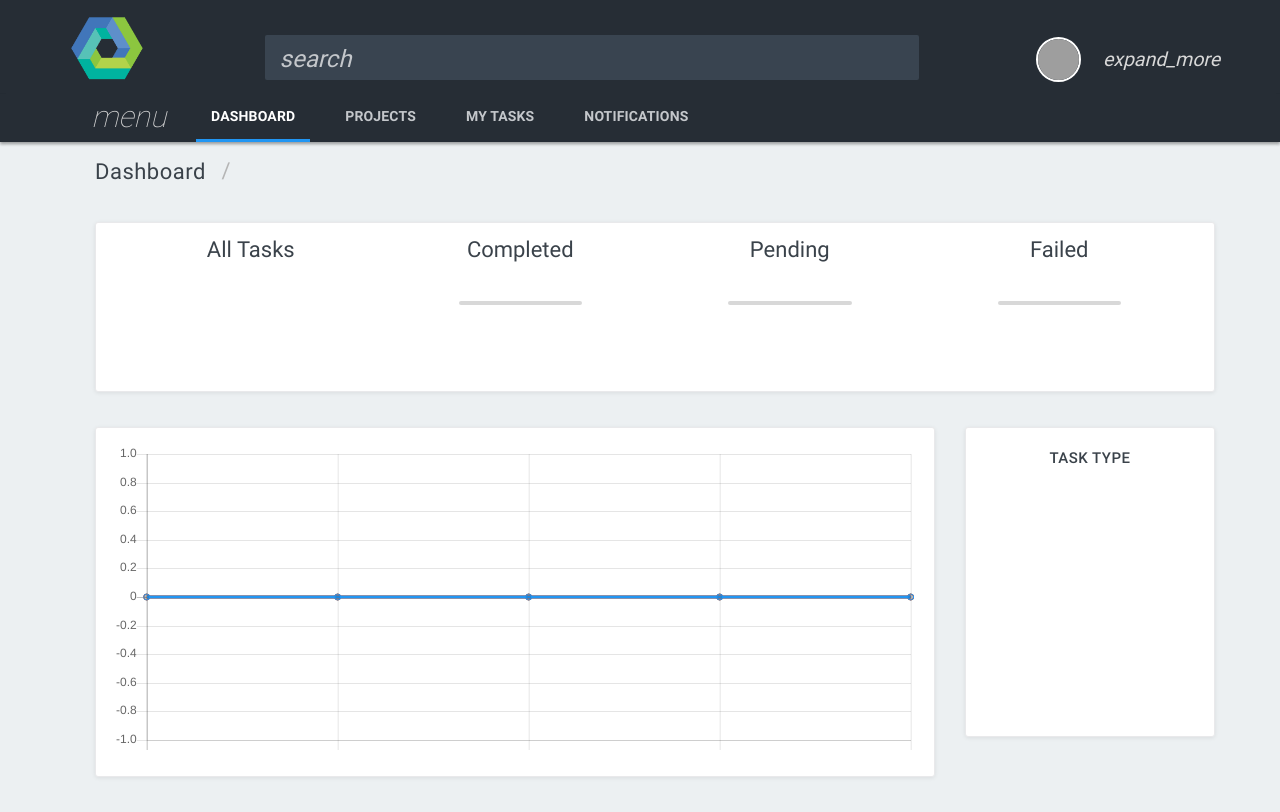
Repository: RenanChagas/ProjectManagement
Page: http://localhost/finalproject/WEB-INF/views/dashboard.jsp
These files come from the project's save history. The page is drawn as it stood at one moment and after the next save; the edit follows.
The browser window is 1280 px wide. The pictures show the whole page.
Pictures or frames that could not be fetched are drawn as grey boxes. The page is served by Tomcat 9. Nobody is signed in. Other server files are loaded and not shown. The template is opened directly, without the code that normally fills it, so the values that code supplies are empty.

Above is the page before, as saved 2017-12-01 14:18:31.

### finalproject/src/main/webapp/WEB-INF/views/dashboard.jsp
<%@ page language="java" contentType="text/html; charset=ISO-8859-1" pageEncoding="ISO-8859-1"%>
<%@ taglib prefix="c" uri="http://java.sun.com/jsp/jstl/core"%>
<%@ taglib prefix="form" uri="http://www.springframework.org/tags/form"%>
<%@ taglib prefix="t" uri="http://www.springframework.org/tags"%>

<!DOCTYPE html>
<html lang="en">
<head>
  <meta http-equiv="Content-Type" content="text/html; charset=UTF-8"/>
  <meta name="viewport" content="width=device-width, initial-scale=1, maximum-scale=1.0"/>
  <title>Course Management</title>

  <!-- CSS  -->
  <link href="https://fonts.googleapis.com/icon?family=Material+Icons" rel="stylesheet">
  <link type="text/css" rel="stylesheet" media="screen,projection" href="<c:url value='/static/css/materialize.css' />"/>
  <link type="text/css" rel="stylesheet" media="screen,projection" href="<c:url value='/static/css/custom-css.css' />"/>

  <!--  Scripts-->
  <script src="<c:url value="/static/js/jquery-2.1.1.min.js" />"></script>
  <script src="<c:url value="/static/js/materialize.js" />"></script>
  <script src="<c:url value="/static/js/Chart.js" />"></script>
  <script src="<c:url value="/static/js/menu.js" />"></script>

  <!-- Website Logo -->
  <link rel="icon" href="<c:url value="/static/images/default/logo.png"/>">

  <script type="text/javascript">
	  $(document).ready(function() {

		  var completedTaskPerc = ${percCompletedTasks} + '%';
		  var percPendingTasks = ${percPendingTasks} + '%';
		  var percFailedTasks = ${percFailedTasks} + '%';

		  $('#completedTasks').attr('style','width: ' + completedTaskPerc);
		  $('#pendingTasks').attr('style','width: ' + percPendingTasks);
		  $('#failedTasks').attr('style','width: ' + percFailedTasks);

			//Window refresh
			if ($(window).width() <= 600) {
		      $("#MDC-dashboard-taskType").removeClass('right');
		  }

			if ($(window).width() >= 600) {
				$("#MDC-dashboard-taskType").addClass('right');
			}

	  });

	  $(window).resize(function() {
		  if ($(window).width() <= 600) {
		      $("#MDC-dashboard-taskType").removeClass('right');
		  }
		  else if ($(window).width() >= 600) {
				$("#MDC-dashboard-taskType").addClass('right');
			}
	  });

	  $("#search").keypress(function(event) {
		    if (event.which == 13) {
		        event.preventDefault();

		    }
		});
  </script>

</head>
<body>
<c:set var="contextPath" value="${pageContext.request.contextPath}"/>

	<!-- NAV TOP  -->
	<nav id="logo_nav" class="MDC-navbar-style MDC-shadow-0 hide-on-small-and-down">
    	<div class="nav-wrapper MDC-nav-margin">
    		<!--  NAV CONTAINER -->
      		<div class="row MDC-nav-top-container ">

        	<!-- Logo -->
        	<div class="col s12 m3 l2">
          		<div class="MDC-nav-logo-position">
          			<img src="<c:url value="/static/images/default/logo.png"/>" class="MDC-nav-logo-size"/>
          		</div>
        	</div>

        	<!-- Search -->
        	<div class="col s12 m7 l7">
          		<div class="MDC-nav-search-position">
            	<form:form id="searchForm" action="/finalproject/search?string" method="POST" modelAttribute="search">
              		<div class="input-field">
                		<form:input id="input_text" type="search" class="MDC-nav-search-focus" path="string" />
                		<label class="label-icon" for="search"><i class="material-icons MDC-nav-search-focus">search</i></label>
                  		<i class="material-icons MDC-nav-search-focus">close</i>
              		</div>
            	</form:form>
          		</div>
        	</div>

        	<!-- Avatar -->
        	<div class="col s12 m2 l3">
          		<div class="MDC-nav-account-position">
	            	<!-- Dropdown Trigger -->
	            	<a class="dropdown-button " data-beloworigin="true"
	               		href='#' data-activates='account-dropdown'>
	               		<div class="MDC-nav-account-option-position hide-on-med-and-down">
	                		 <i class="material-icons MDC-icon-small MDC-color-grey-light">expand_more</i>
	               		</div>
	               		<span class="MDC-login-text MDC-nav-account-text-position
	               					MDC-color-grey-light hide-on-med-and-down">
	                 	${user.username}
	               		</span>
	               		<img src="<c:url value="/static/images/avatar/${user.username}/${user.username}.png"/>"
	               				class="MDC-avatar-circle-small mdc-nav-avatar-position"/>
	            	</a>
	            	<!-- Dropdown Structure -->
	            	<ul id='account-dropdown' class='dropdown-content MDC-nav-account-dropdown-position'>
	              		<li><a id="profile" class="modal-trigger MDC-color-grey-dark-2 MDC-font-15" href="${contextPath}/profile">Profile</a></li>
	              		<li class="divider"></li>
	              		<li><a class="MDC-color-grey-dark-2 MDC-font-15" href="${contextPath}/logout">Logout</a></li>
	            	</ul>
          		</div>
        	</div>

			</div>
			<!--  NAV CONTAINER - END-->
		</div>
	</nav>
	<!-- NAV TOP - END -->

  <!-- NAV MENU  -->
  <div class="MDC-menu-fullWidth">
    <div class="MDC-shadow-bottom">
      <header class="MDC-shadow-bottom">
        <nav id="menu_nav" class="MDC-navbar-menu-size MDC-navbar-style MDC-shadow-0 MDC-nav-margin">
          <div class="nav-wrapper MDC-nav-margin MDC-left">
            <!-- MENU ROW -->
            <div class="row">
              <div class="col">
                <div class="MDC-nav-menu-container">

                  <ul id="nav-mobile" class="MDC-nav-menu-ul left left-align">
                    <a href="#" id="mobile-icon" onclick="openNav()" class="left MDC-padding-mobile-0
                    MDC-hover-none">
                      <i class="material-icons MDC-nav-tabs-icon MDC-color-grey-light">
                        menu
                      </i>
                    </a>
                    <li class="MDC-navbar-menu"><a class="active MDC-navbar-active" href="${contextPath}/dashboard">Dashboard</a></li>
                    <li class="MDC-navbar-menu"><a href="${contextPath}/projects">Projects</a></li>
                    <li class="MDC-navbar-menu"><a href="${contextPath}/task/myTasks">My Tasks</a></li>
                    <li class="MDC-navbar-menu"><a href="${contextPath}/notification">Notifications
                      </a>
                    </li>
                  </ul>
                  <div id="mySidenav" class="MDC-sidenav">
                    <a href="javascript:void(0)" class="MDC-closebtn" onclick="closeNav()">x</a>
                    <a href="${contextPath}/dashboard">Dashboard</a>
                    <a href="${contextPath}/projects">Projects</a>
                    <a href="${contextPath}/task/myTasks">My Tasks</a>
                    <a href="${contextPath}/notification">Notifications</a>
                    <a href="${contextPath}/profile">Profile</a>
                    <a href="${contextPath}/logout">Logout</a>
                  </div>

                </div>
              </div>
            </div>
            <!-- MENU ROW - END -->
          </div>
        </nav>
      </header>
    </div>
  </div>
  <!-- NAV MENU - END -->

  <!-- TITLE PAGE -->
  <div class="row  MDC-page-center MDC-page-container">
    <div class="col MDC-padding-0 left">
      <div class="MDC-page-title-size">
        <font class="MDC-h5-style MDC-color-grey-dark-2 MDC-display-inline hide-on-small-and-down">Dashboard</font>
        <font class="MDC-h5-style MDC-color-grey-light-2 MDC-display-inline MDC-relative
                     MDC-news-counterBar-position hide-on-small-and-down">/
        </font>
        <font class="MDC-h5-style MDC-color-blue MDC-display-inline">${user.username}</font>

      </div>
    </div>
  </div>
  <!-- TITLE PAGE - END -->

  <!-- RESUME CONTAINER -->
  <div class="MDC-page-center MDC-page-container">
    <!-- RESUME CONTENT -->

    <div class="row MDC-page-margin-top">
      <div class="col s12 m12 l12 MDC-padding-0 MDC-margin-right40">
        <div class="MDC-card MDC-dashboard-card-size">
          <div class="MDC-card-news-container">

            <!-- All Courses -->
            <div class="col s12 m3 l3">
              <div class="row center">
                <font class="MDC-font-22 MDC-color-grey-dark-2">
                  All Tasks
                </font>
              </div>
              <div class="row center">
                <font class="MDC-font-60 MDC-font-bold MDC-color-grey">
                  ${allTasks}
                </font>
              </div>
            </div>

            <!-- Completed Courses -->
            <div class="col s12 m3 l3">
              <div class="row center">
                <font class="MDC-font-22 MDC-color-grey-dark-2">
                  Completed
                </font>
              </div>
              <div class="row center">
                <font class="MDC-font-60 MDC-font-bold MDC-color-grey ">
                  ${completedTasks}
                </font>
                <div class="progress MDC-progressBar-50 MDC-margin-0 MDC-top15 MDC-background-grey-light">
                  <div id="completedTasks" class="determinate"></div>
                </div>
              </div>
            </div>

            <!-- Missing Courses -->
            <div class="col s12 m3 l3">
              <div class="row center">
                <font class="MDC-font-22 MDC-color-grey-dark-2">
                  Pending
                </font>
              </div>
              <div class="row center">
                <font class="MDC-font-60 MDC-font-bold MDC-color-grey ">
                  ${pendingTasks}
                </font>
                <div class="progress MDC-progressBar-50 MDC-margin-0 MDC-top15 MDC-background-grey-light">
                  <div id="pendingTasks" class="determinate yellow darken-2"></div>
                </div>
              </div>
            </div>

            <!-- Overdue Courses -->
            <div class="col s12 m3 l3">
              <div class="row center">
                <font class="MDC-font-22 MDC-color-grey-dark-2">
                  Failed
                </font>
              </div>
              <div class="row center">
                <font class="MDC-font-60 MDC-font-bold MDC-color-grey ">
                  ${failedTasks}
                </font>
                <div class="progress MDC-progressBar-50 MDC-margin-0 MDC-top15 MDC-background-grey-light">
                  <div id="failedTasks" class="determinate red darken-1"></div>
                </div>
              </div>
            </div>

          </div>
        </div>
      </div>
    </div>
    <!-- RESUME CONTENT - END -->

    <!-- Graphics -->
    <div class="row">
      <div class="col m9 l9 MDC-padding-0  hide-on-small-and-down left">
        <div class="MDC-card MDC-dashboardGraphics-card-size">
          <div class="MDC-card-news-container">

            <div>
                <canvas class="MDC-margin-top20 " id="chartjs-Months" width="100" height="320"></canvas>
            </div>
            <script type="text/javascript">


            new Chart(document.getElementById("chartjs-Months"), {

              type: 'line',
              data: {
                labels: ["" + "${months[4]}" + "", "" + "${months[3]}" + "", "" + "${months[2]}" + "", "" + "${months[1]}" + "", "" + "${months[0]}" + ""],
                datasets: [
                  {
                    label: "Tasks Completed",
                    borderColor: "#2196F3",
                    data: ["" + "${completedTasksNumber[4]}" + "","" + "${completedTasksNumber[3]}" + "","" + "${completedTasksNumber[2]}" + "","" + "${completedTasksNumber[1]}" + "", "" + "${completedTasksNumber[0]}" + ""],
                    fill: false,
                    lineTension: 0.2
                  },
                  {
                    label: "Tasks Failed",
                    borderColor: "#e53935",
                    data: ["" + "${failedTasksNumber[4]}" + "","" + "${failedTasksNumber[3]}" + "","" + "${failedTasksNumber[2]}" + "","" + "${failedTasksNumber[1]}" + "", "" + "${failedTasksNumber[0]}" + ""],
                    fill: false,
                    lineTension: 0.2
                  },
                  {
                    label: "Tasks Pending",
                    borderColor: "#fbc02d",
                    data: ["" + "${pendingTasksNumber[4]}" + "","" + "${pendingTasksNumber[3]}" + "","" + "${pendingTasksNumber[2]}" + "","" + "${pendingTasksNumber[1]}" + "", "" + "${pendingTasksNumber[0]}" + ""],
                    fill: false,
                    lineTension: 0.2
                  }
                ]
              },
              "options":{
                "legend": {
                  display: false
                },
                "responsive": true,
                "maintainAspectRatio": false,
                "scales": {
                  "xAxes": [{
                            "gridLines": {
                              display:true
                            }
                  }],
                  "yAxes": [{
                            "gridLines": {
                              display:true
                            }
                            }]
                  }
              }
            });
            </script>

          </div>
        </div>
      </div>

      <!-- Courses -->
      <div class="col s12 m2 l3 MDC-padding-0 right">
        <div id="MDC-dashboard-taskType" class="MDC-card MDC-dashboardTask-card-size right MDC-dashboard-taskType MDC-dashboard-padding-bottom">

          <!-- Task Title -->
          <div class="row center MDC-margin-top10">
            <font class="truncate MDC-font-15 MDC-color-grey-dark-2 MDC-font-h1">
                Task Type
              </font>
          </div>

          <!-- Image -->
          <a href="#">
            <div class="row center MDC-margin-top20">
              <div class="MDC-margin-right20 MDC-margin-left20">
                  <canvas class="MDC-margin-top20 center" id="chartjs-doughnut" width="10" height="10"></canvas>
              </div>
              <script type="text/javascript">
              new Chart(document.getElementById("chartjs-doughnut"), {
                type: 'doughnut',
                data: {
                  labels: ["Bug", "Test"],
                  datasets: [ {
                    data: [
                      "" + "${taskTypeBug}" + "",
                      "" + "${taskTypeTest}" + ""
                    ],
                    backgroundColor: [
                    "#e53935",
                    "#2196F3",
                    ],
                    label: ""
                  }]
                },
                "options":{
                  "legend": {
                    display: false,
                    top: "50",
                    position: "bottom"
                  },
                  animation: {
                  animateScale: true,
                  animateRotate: true
                  }
                }
              });
              </script>
            </div>
          </a>

          <!-- Task Description -->
          <div class="row center MDC-margin-bottom-10">
            <font class="truncate MDC-font-16-2 MDC-color-grey MDC-font-h1
                        MDC-uppercase-none">
               ${months[0]}
            </font>
          </div>

        <!-- CARD END -->
        </div>
      </div>
      <!-- Courses END -->


    </div>


  </div>
  <!-- RESUME CONTAINER - END -->

</body>
</html>

Loaded but not shown: finalproject/src/main/webapp/static/css/materialize.css (library); finalproject/src/main/webapp/static/js/jquery-2.1.1.min.js (library); finalproject/src/main/webapp/static/js/materialize.js (library); finalproject/src/main/webapp/static/js/Chart.js (library); finalproject/src/main/webapp/static/js/menu.js (49 lines, source omitted); finalproject/src/main/webapp/static/css/custom-css.css (1593 lines, source omitted)

After the next save:
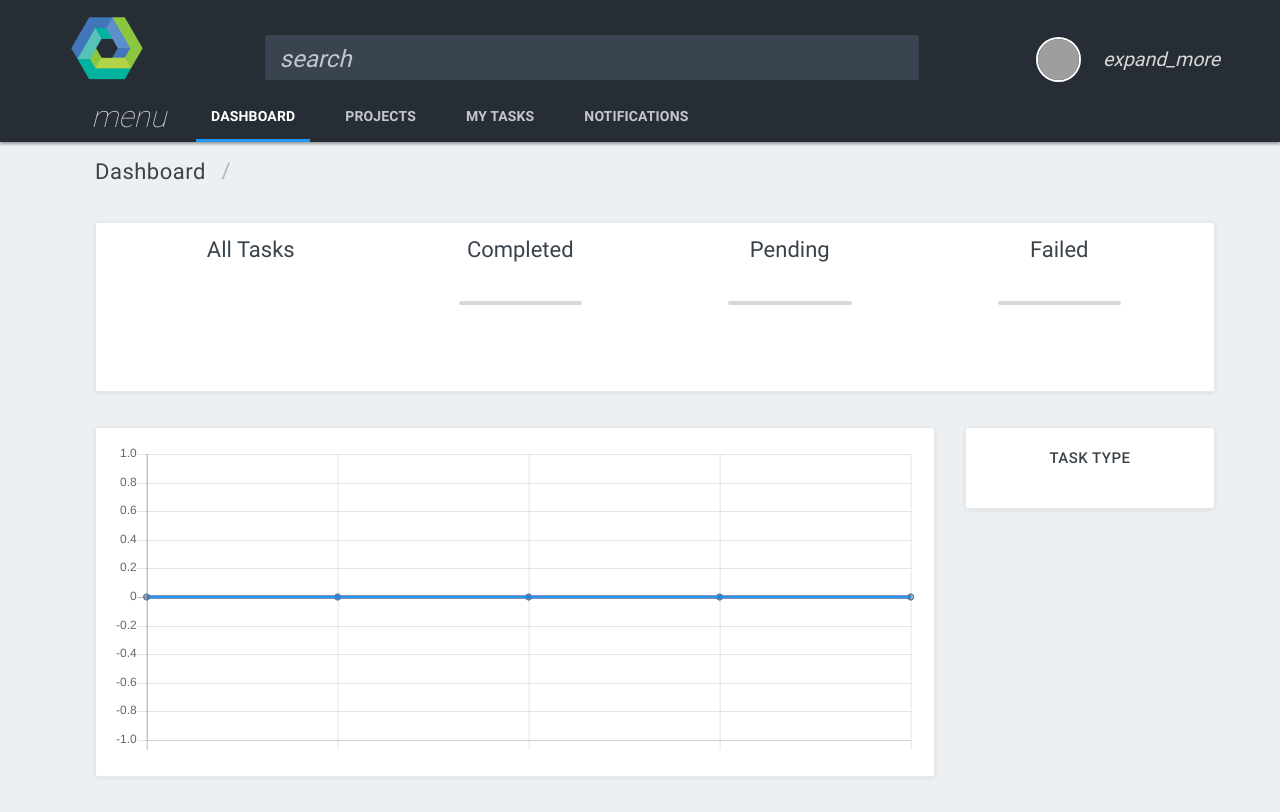
Saved 108 s later.
--- a/finalproject/src/main/webapp/WEB-INF/views/dashboard.jsp
+++ b/finalproject/src/main/webapp/WEB-INF/views/dashboard.jsp
@@ -345,7 +345,7 @@
 
           <!-- Image -->
           <a href="#">
-            <div class="row center MDC-margin-top20">
+            <div class="row center MDC-margin-top20" hidden>
               <div class="MDC-margin-right20 MDC-margin-left20">
                   <canvas class="MDC-margin-top20 center" id="chartjs-doughnut" width="10" height="10"></canvas>
               </div>

After the 2 saves that followed:
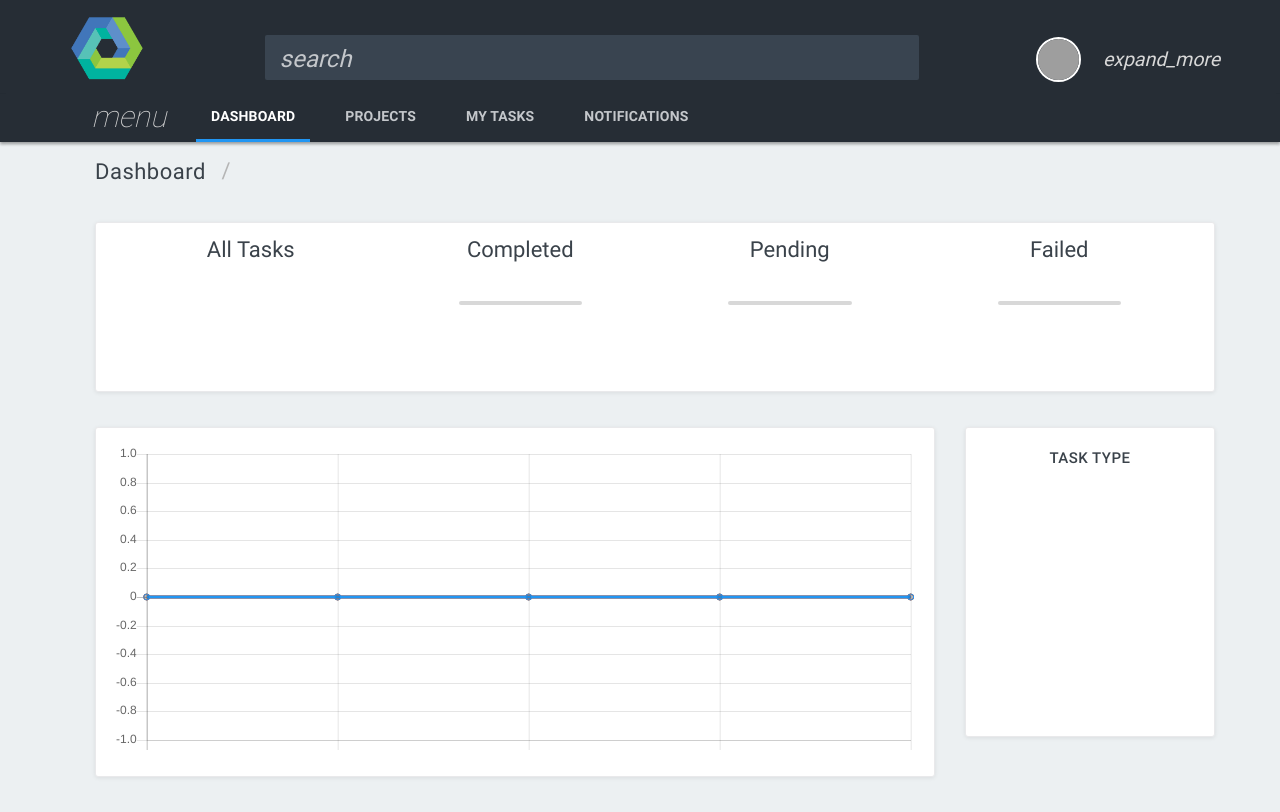
The 2 saves are shown as one change because they came seconds apart.
The last was saved 47 s later.
--- a/finalproject/src/main/webapp/WEB-INF/views/dashboard.jsp
+++ b/finalproject/src/main/webapp/WEB-INF/views/dashboard.jsp
@@ -345,9 +345,9 @@
 
           <!-- Image -->
           <a href="#">
-            <div class="row center MDC-margin-top20" hidden>
+            <div class="row center MDC-margin-top20">
               <div class="MDC-margin-right20 MDC-margin-left20">
-                  <canvas class="MDC-margin-top20 center" id="chartjs-doughnut" width="10" height="10"></canvas>
+                  <canvas class="MDC-margin-top20 center" id="chartjs-doughnut" width="10" height="10" hidden></canvas>
               </div>
               <script type="text/javascript">
               new Chart(document.getElementById("chartjs-doughnut"), {
